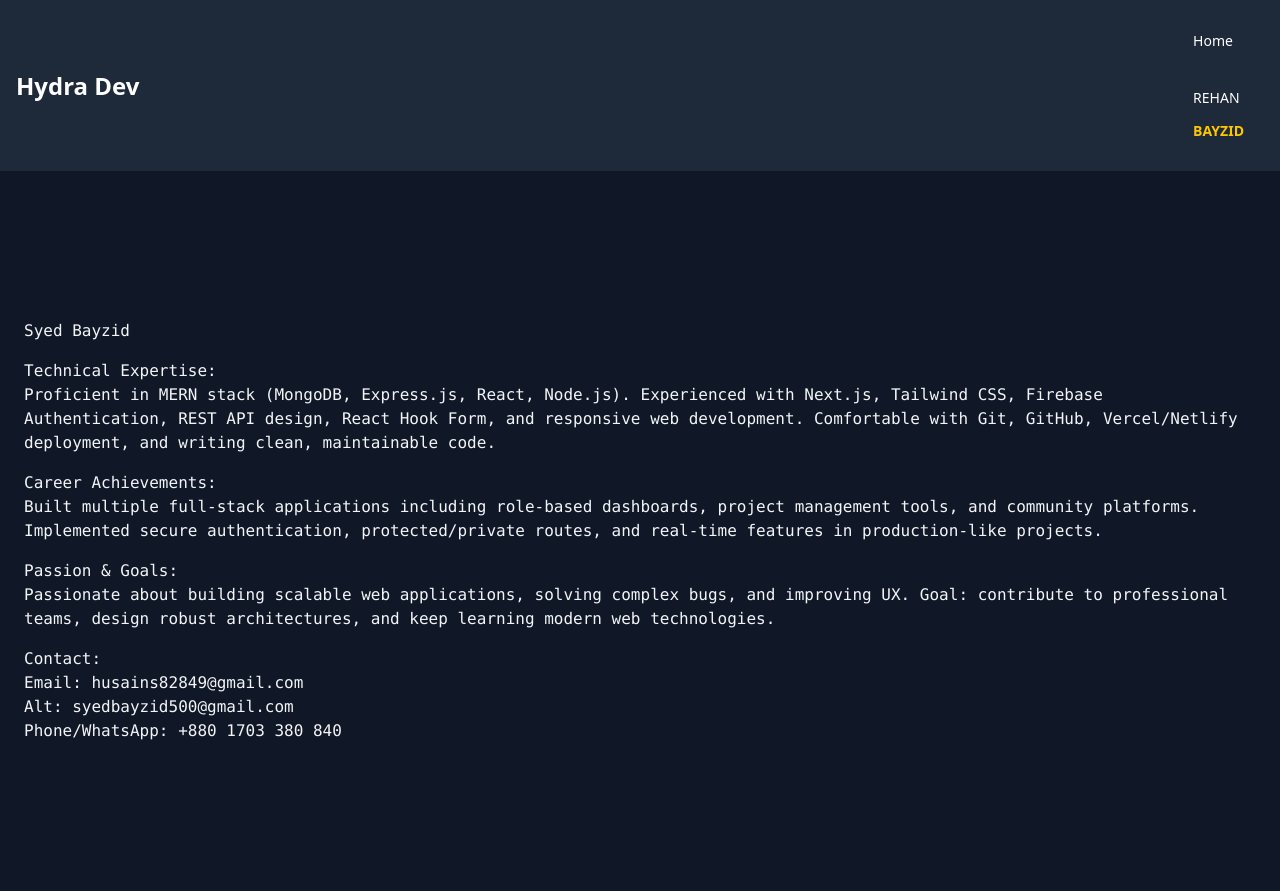
Repository: codeSmith-006/github-collab
Page: /bayzid
The author's editor kept a copy of each file at every save. The page is drawn from the files as they stood at one save, then again after a run of saves.
The browser window is 1280 px wide. The pictures show the whole page.
The project was rebuilt for these pictures with package versions that can differ from the ones it lists, and the page was loaded fresh each time. Also part of the build but not shown: vite.config.js, src/App.jsx, src/Components/Navbar/active.css, src/Page/Home/Home.jsx, src/Page/Rehan/Rehan.jsx.

Above is the page before, as saved 2025-09-10 10:38:19.

### src/main.jsx
import { StrictMode } from "react";
import { createRoot } from "react-dom/client";
import "./index.css";
import App from "./App.jsx";
// import { RouterProvider } from "react-router";
import router from "./Routes/Router.jsx";
import { RouterProvider } from "react-router-dom";

createRoot(document.getElementById("root")).render(
  <StrictMode>
    <RouterProvider router={router} />
  </StrictMode>
);

### src/Routes/Router.jsx
import { Component } from "react";
// import { createBrowserRouter } from "react-router";
// import Home from "../Page/Home/Home";
import { createBrowserRouter } from "react-router-dom";
import Layout from "../Layout/Layout";
import Home from "../Page/Home/Home";
import Rehan from "../Page/Rehan/Rehan";
import Bayzid from "../Page/Bayzid/Bayzid";

let router = createBrowserRouter([
  {
    path: "/",
    Component: Layout,
    children: [
      {
        index: true,
        Component: Home,
      },
      {
        path: '/rehan',
        Component: Rehan
      },
      {
        path: '/bayzid',
        Component: Bayzid
      }
    ],
  },
]);

export default router;

### src/Layout/Layout.jsx
import React from "react";
import Navbar from "../Components/Navbar/Navbar";
import { Outlet } from "react-router-dom";

export default function Layout() {
  return (
    <div className="bg-gray-900">
      <Navbar></Navbar>
      <div className="flex items-center justify-center min-h-screen">
        <Outlet></Outlet>
      </div>
    </div>
  );
}

### src/Page/Bayzid/Bayzid.jsx
import React from 'react'

export default function Bayzid() {
    return (

        <section className="p-6 bg-gray-900 text-gray-100 font-mono rounded-lg space-y-4 whitespace-pre-wrap break-words">
            <div>
                <h2>Syed Bayzid</h2>
            </div>
            <div>
                <h4>Technical Expertise: </h4>
                <p>Proficient in MERN stack (MongoDB, Express.js, React, Node.js). Experienced with Next.js, Tailwind CSS, Firebase Authentication, REST API design, React Hook Form, and responsive web development. Comfortable with Git, GitHub, Vercel/Netlify deployment, and writing clean, maintainable code.</p>
            </div>
            <div>
                <h4>Career Achievements: </h4>
                <p>Built multiple full-stack applications including role-based dashboards, project management tools, and community platforms. Implemented secure authentication, protected/private routes, and real-time features in production-like projects.</p>
            </div>
            <div>
                <h4>Passion & Goals:    </h4>
                <p>Passionate about building scalable web applications, solving complex bugs, and improving UX. Goal: contribute to professional teams, design robust architectures, and keep learning modern web technologies.</p>
            </div>
            <div>
                <h4>Contact: </h4>
                <p>Email: husains82849@gmail.com</p>
                <p>Alt: syedbayzid500@gmail.com</p>
                <p>Phone/WhatsApp: +880 1703 380 840</p>
            </div>
        </section>
    )
}

### src/Components/Navbar/Navbar.jsx
import React from "react";
import { NavLink } from "react-router-dom";
import "./active.css"; // optional for custom styles

export default function Navbar() {
  return (
    <nav className="navbar bg-gray-800 text-white p-4 flex justify-between items-center">
      {/* Logo */}
      <div className="logo text-2xl font-bold">
        Hydra Dev
      </div>

      {/* Menu */}
      <ul className="menu flex  gap-6">
        <li>
          <NavLink
            to="/"
            className={({ isActive }) =>
              isActive ? "text-yellow-400 font-bold" : "hover:text-yellow-300"
            }
          >
            Home
          </NavLink>
        </li>
        <li>
          <NavLink
            to="/rehan"
            className={({ isActive }) =>
              isActive ? "text-yellow-400 font-bold" : "hover:text-yellow-300"
            }
          >
            REHAN
          </NavLink>
          <NavLink
            to="/bayzid"
            className={({ isActive }) =>
              isActive ? "text-yellow-400 font-bold" : "hover:text-yellow-300"
            }
          >
            BAYZID
          </NavLink>
        </li>
      </ul>
    </nav>
  );
}

Loaded but not shown: index.html (common file); src/index.css (common file); src/App.css (no stored copy; drawn as an empty file)

After the next 3 saves:
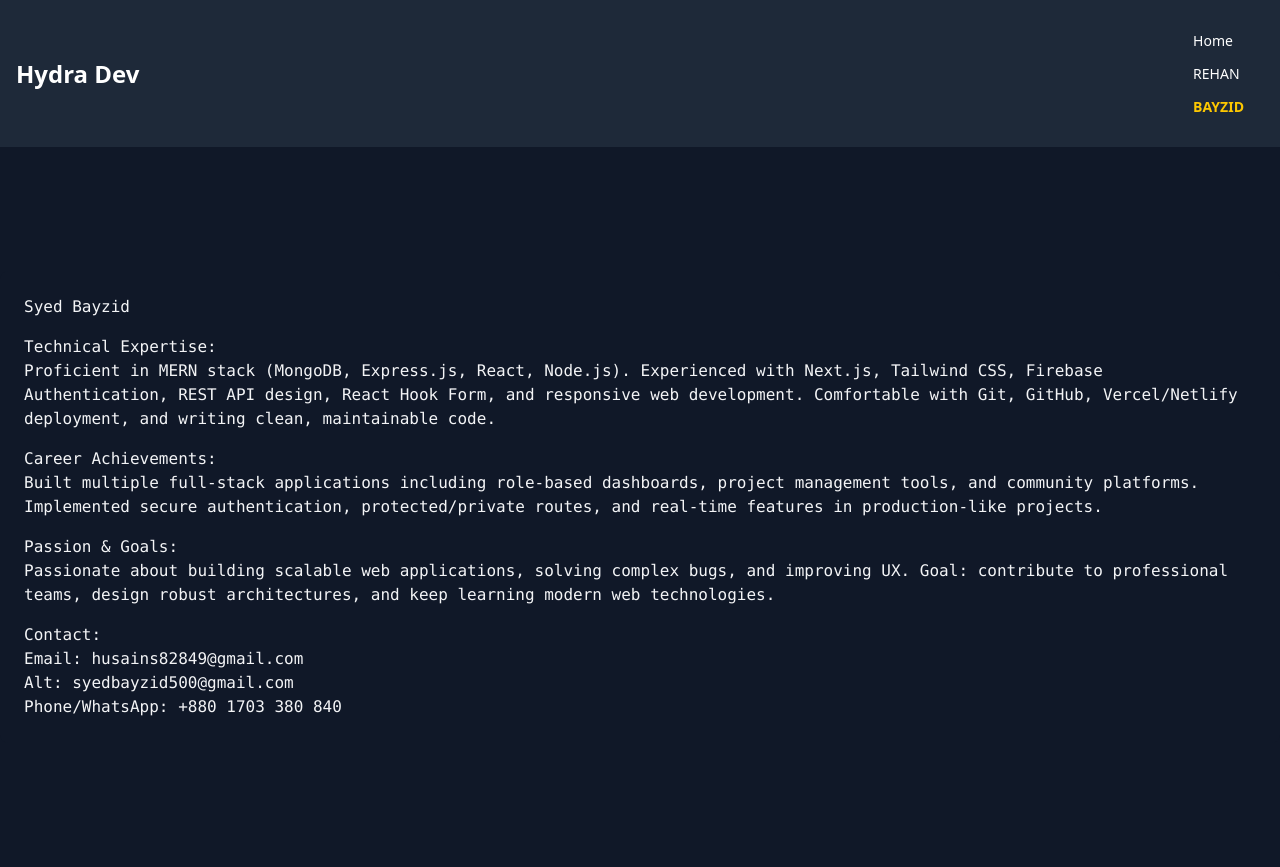
The 3 saves are shown as one change because they came seconds apart.
The last was saved 8 s later.
--- a/src/Components/Navbar/Navbar.jsx
+++ b/src/Components/Navbar/Navbar.jsx
@@ -11,7 +11,7 @@ export default function Navbar() {
       </div>
 
       {/* Menu */}
-      <ul className="menu flex  gap-6">
+      <ul className="menu ">
         <li>
           <NavLink
             to="/"
